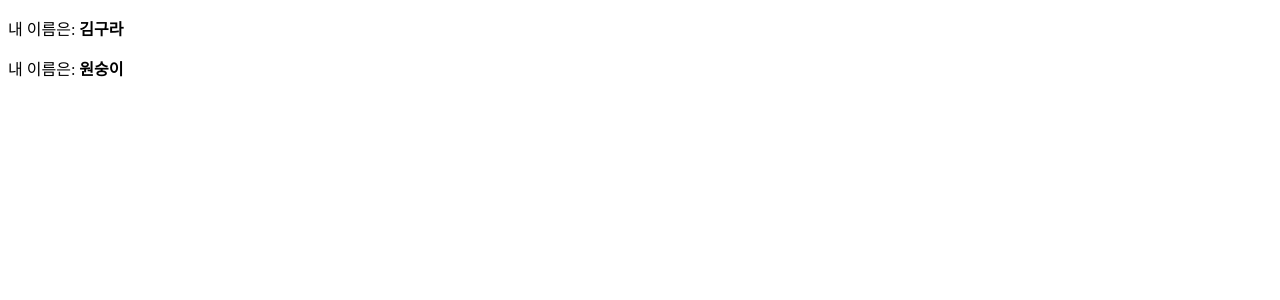
Repository: hyunhee7/angular_work
Page: HelloAngular/WebContent/Step02_controller.html
The author's editor kept a copy of each file at every save. The page is drawn from the files as they stood at one save, then again after the next save.
The browser window is 1280 px wide. The pictures show the whole page.

Above is the page before, as saved 2017-08-25 02:03:32.

### HelloAngular/WebContent/Step02_controller.html
<!DOCTYPE html>
<html ng-app="myApp">
<head>
<meta charset="UTF-8">
<title>Step02_controller.html</title>
<script src="js/angular.min.js"></script>
<script>
	// angular 모듈 만들기
	var myApp=angular.module("myApp",[]);
	// Ctrl1 이라는 이름의 컨트롤러 만들기
	myApp.controller("Ctrl1",["$scope", function($scope){
		//$scope=conroller가 담당하고있는 영역
		$scope.name="김구라";
	}]);

	//Ctrl2 이라는 이름의 컨트롤러 만들기
	myApp.controller("Ctrl2",["$scope", function($scope){
		$scope.name="원숭이";
	}]);
</script>
</head>
<body>
<div ng-controller="Ctrl1">
	<p>내 이름은: <strong>{{name}}</strong></p>
</div>
<div ng-controller="Ctrl2">
	<p>내 이름은: <strong>{{name}}</strong></p>
</div>
</body>
</html>

Loaded but not shown: HelloAngular/WebContent/js/angular.min.js (library)

After the next save:
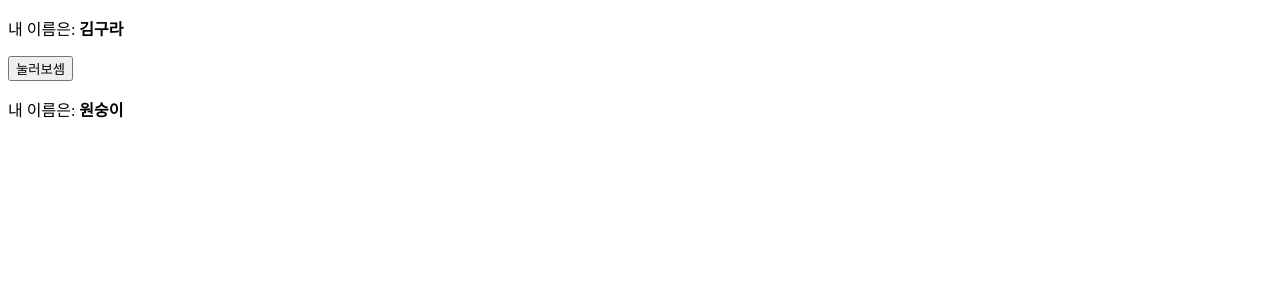
Saved 110 s later.
--- a/HelloAngular/WebContent/Step02_controller.html
+++ b/HelloAngular/WebContent/Step02_controller.html
@@ -22,6 +22,7 @@
 <body>
 <div ng-controller="Ctrl1">
 	<p>내 이름은: <strong>{{name}}</strong></p>
+	<button>눌러보셈</button>
 </div>
 <div ng-controller="Ctrl2">
 	<p>내 이름은: <strong>{{name}}</strong></p>
